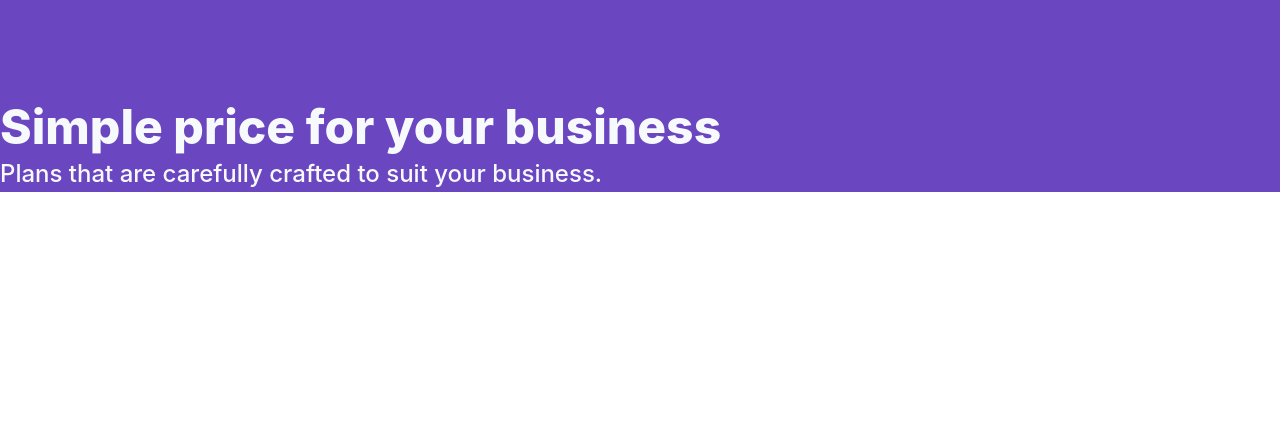
Repository: noutijo/learn-in-depth-chakra-ui
Page: /
The author's editor kept a copy of each file at every save. The page is drawn from the files as they stood at one save, then again after the next save.
The browser window is 1280 px wide. The pictures show the whole page.
The project was rebuilt for these pictures with package versions that can differ from the ones it lists, and the page was loaded fresh each time. Also part of the build but not shown: vite.config.ts.

Above is the page before, as saved 2023-01-30 14:59:02.

After the next save:
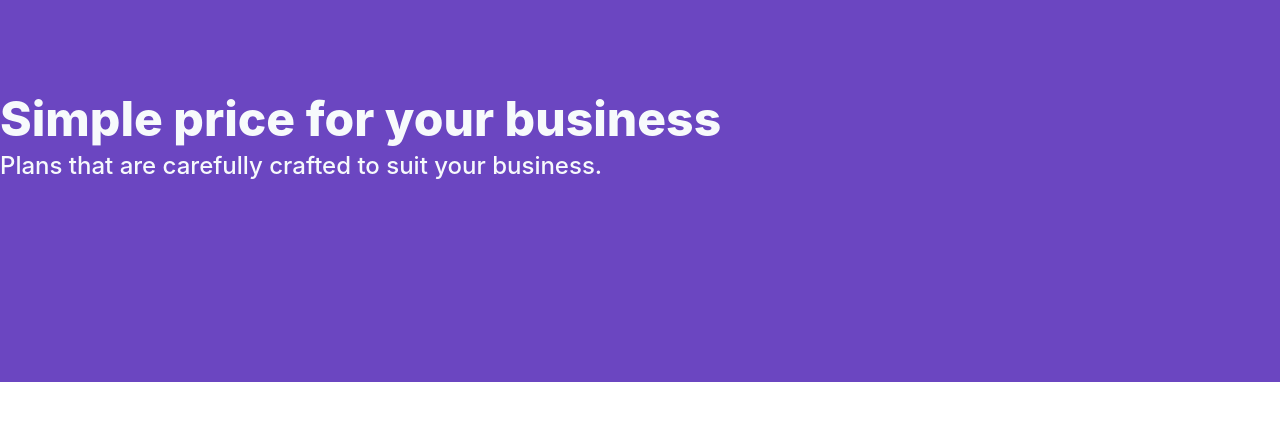
Saved 10 s later.
--- a/src/components/Header.tsx
+++ b/src/components/Header.tsx
@@ -3,7 +3,7 @@ import { Box, Heading, Text, Flex } from "@chakra-ui/react";
 
 export function Header() {
   return (
-    <Box  color="#F7FAFC" bg="#6b46c1" pt="90px" pt="98px">
+    <Box  color="#F7FAFC" bg="#6b46c1" pt="90px" pb="198px">
       <Heading fontWeight={800} fontSize={"48px"}>
         Simple price for your business
       </Heading>
